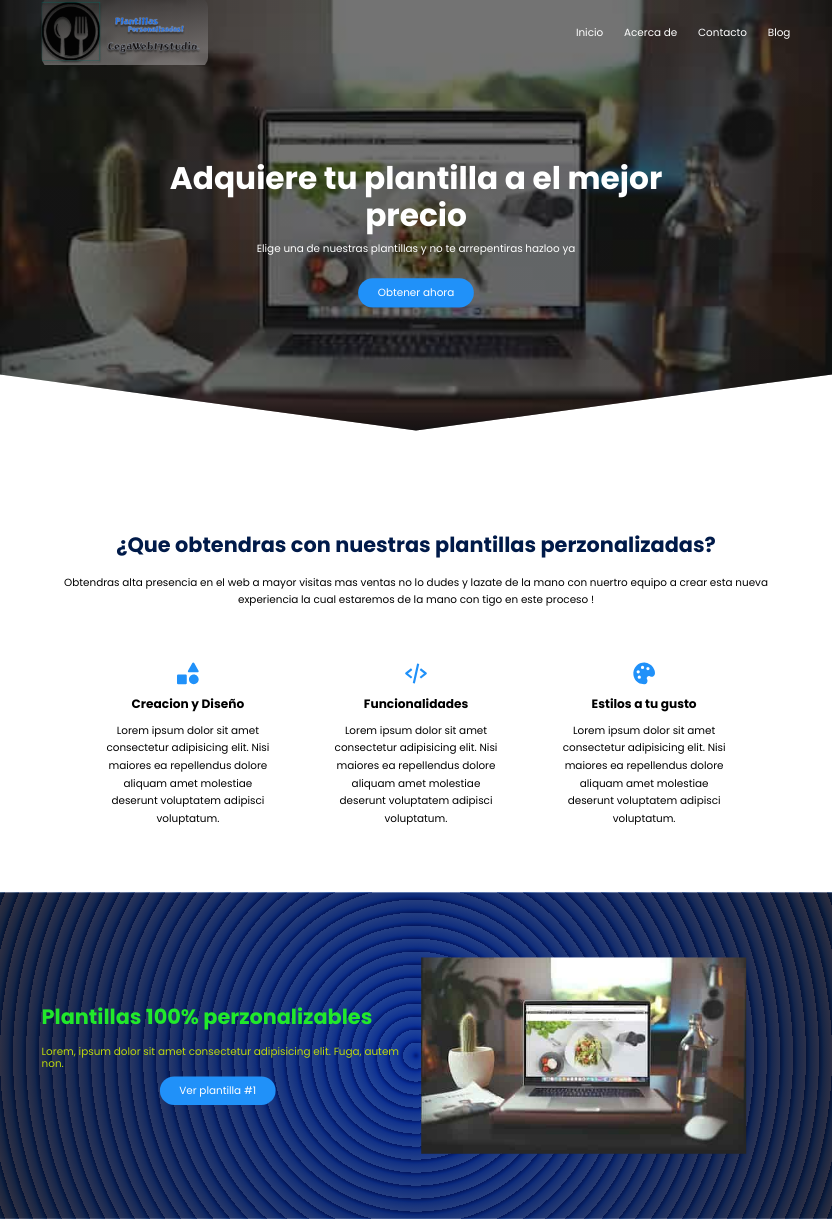
Repository: cega17/una-pagina-web
Page: index.html
The author's editor kept a copy of each file at every save. The page is drawn from the files as they stood at one save, then again after the next save.
The browser window is 1280 px wide. The pictures show the whole page, at 65% of full size.

Above is the page before, as saved 2023-10-30 10:14:51.

After the next save:
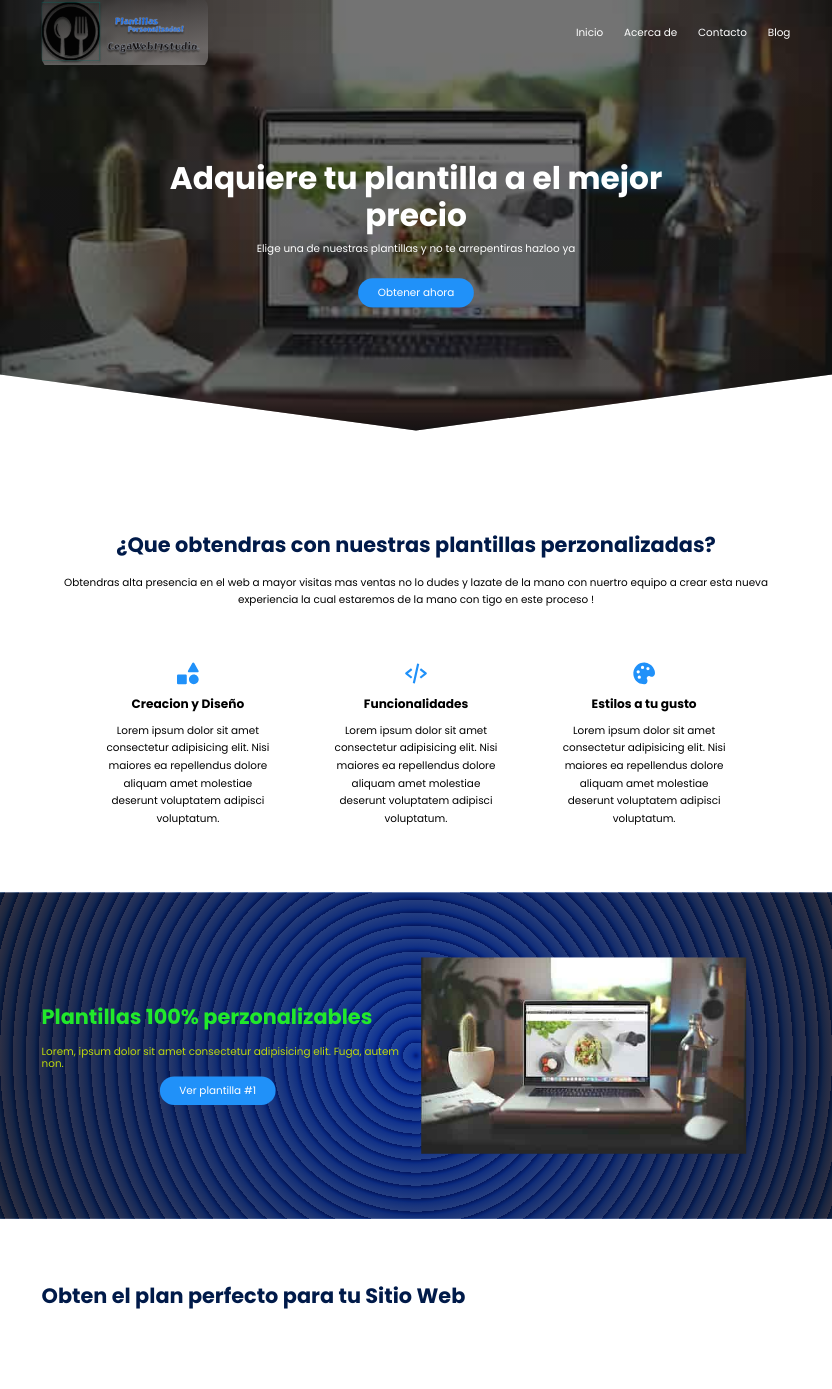
Saved 3 min 25 s later.
--- a/index.html
+++ b/index.html
@@ -92,6 +92,10 @@
             </div>
         </section>
 
+        <section class="price container">
+            <h2 class="subtitle">Obten el plan perfecto para tu Sitio Web</h2>
+        </section>
+
 
     </main>
 
